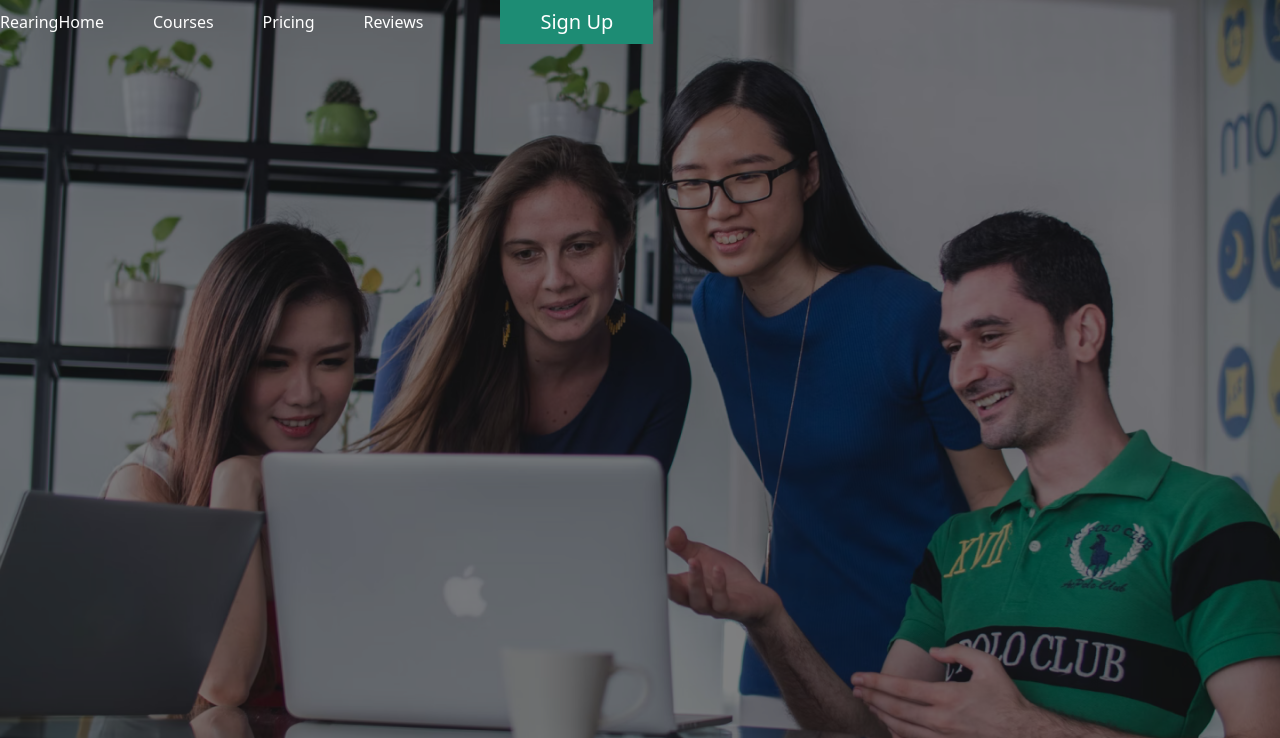
Repository: vandangnhathung/educationplatform
Page: /
An editor plug-in stored every save of this project. The page is shown before and after the next save, followed by the edit.
The browser window is 1280 px wide. The pictures show the whole page.
The project was rebuilt for these pictures with package versions that can differ from the ones it lists, and the page was loaded fresh each time.

Above is the page before, as saved 2022-06-20 14:36:21.

After the next save:
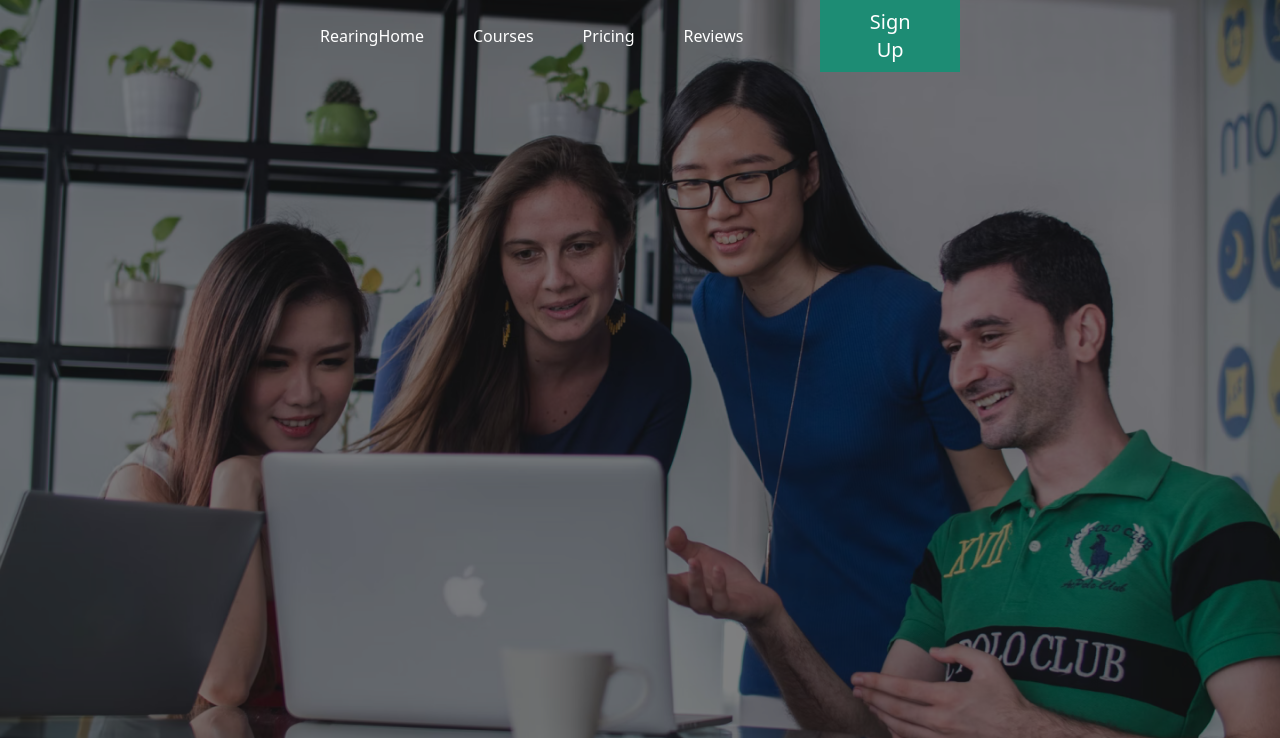
Saved 77 s later.
--- a/src/components/Header.js
+++ b/src/components/Header.js
@@ -24,8 +24,8 @@ const Header = () => {
       <div className="relative">
         <img src={headerImg} alt="header_img" className="w-full" />
         <div className="absolute inset-0 bg-black opacity-50"></div>
-        <div class="absolute top-0  ">
-          <div class="container">
+        <div class="absolute top-0  -translate-x-1/2 left-1/2 ">
+          <div class="container ">
             <div className=" text-white flex items-center justify-center">
               <div className="">Rearing</div>
               <div className="flex items-center justify-center">
